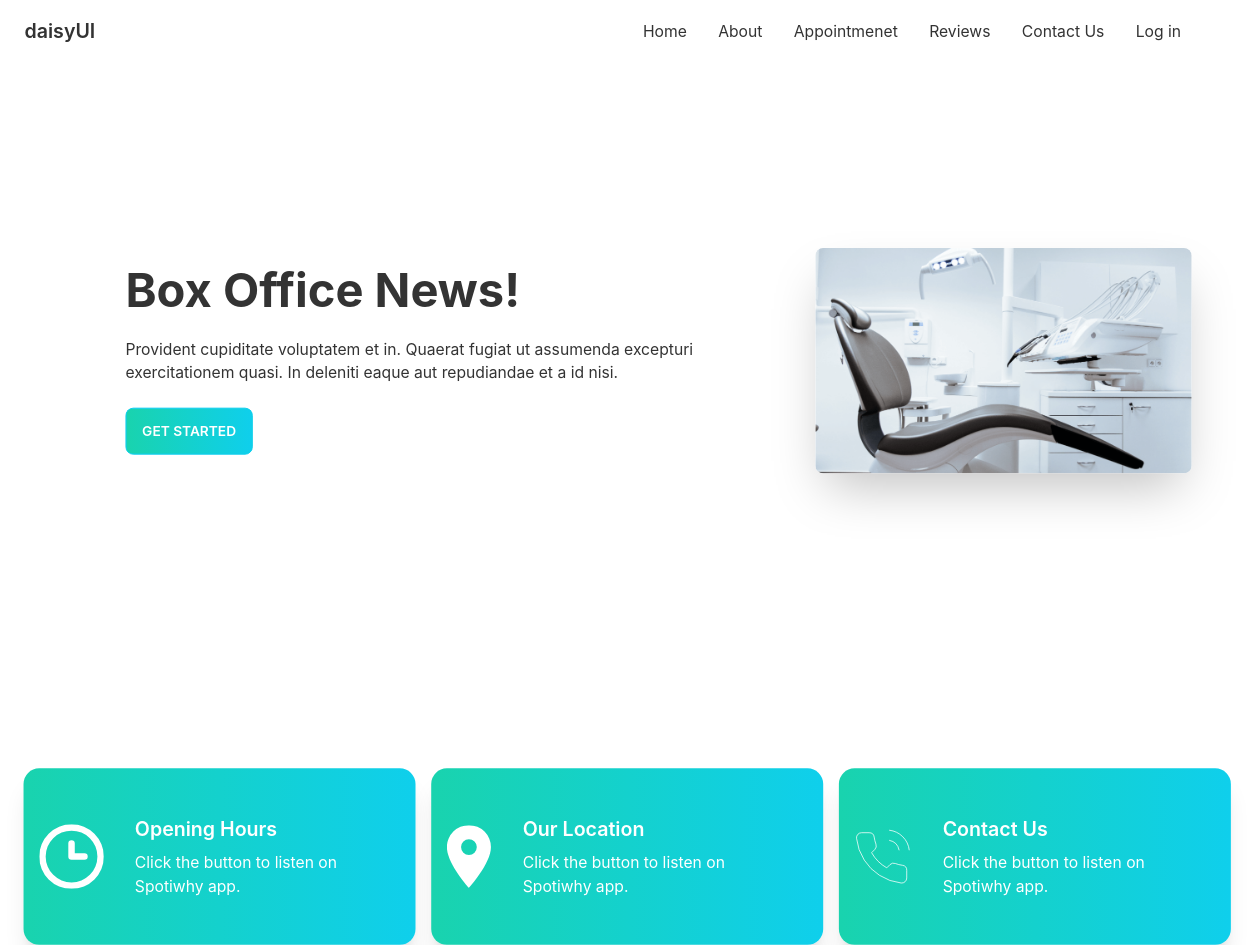
Repository: Tanvir3744/Doctors-client-website
Page: /
These files come from the project's save history. The page is drawn as it stood at one moment and after the next save; the edit follows.
The browser window is 1280 px wide. The pictures show the whole page, at 98% of full size.
The project was rebuilt for these pictures with package versions that can differ from the ones it lists, and the page was loaded fresh each time. Also part of the build but not shown: src/Pages/About/About.js, src/Pages/Login/Login.js, src/Pages/NotFound/NotFound.js.

Above is the page before, as saved 2022-05-25 17:43:32.

After the next save:
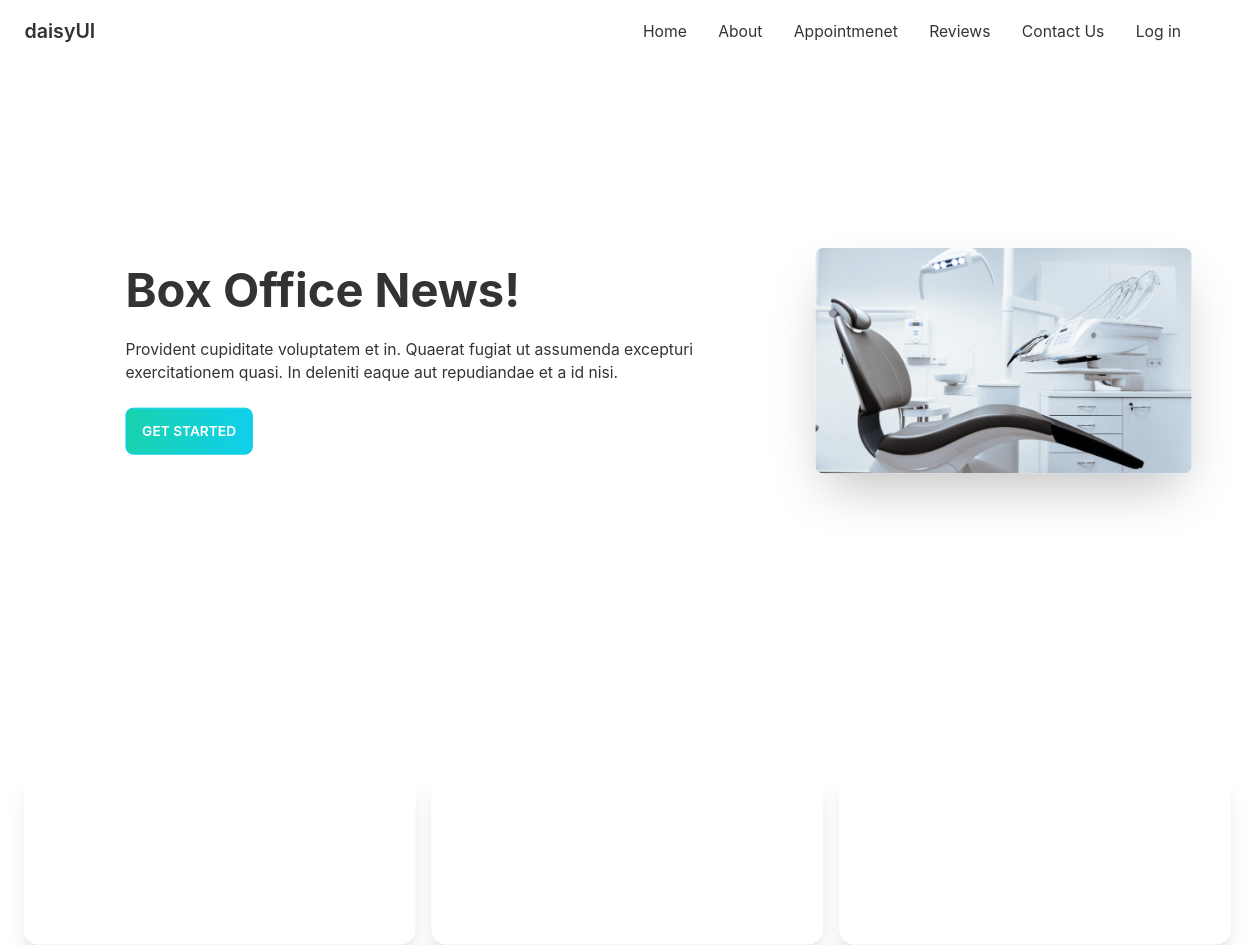
Saved 18 s later.
--- a/src/components/ChildInfoCards.js
+++ b/src/components/ChildInfoCards.js
@@ -4,7 +4,7 @@
     const {img, cardTitle, bgClass} = props;
     return (
         <div className='container'>
-            <div className={`card lg:card-side shadow-xl bg-gradient-to-r from-secondary to-primary p-4 pl-4 ${bgClass}`}>
+            <div className={`card lg:card-side shadow-xl  p-4 pl-4 ${bgClass}`}>
                 <figure><img src={img} alt="Info cards" /></figure>
                 <div class="card-body text-white">
                     <h2 class="card-title">{cardTitle}</h2>

After the 3 saves that followed:
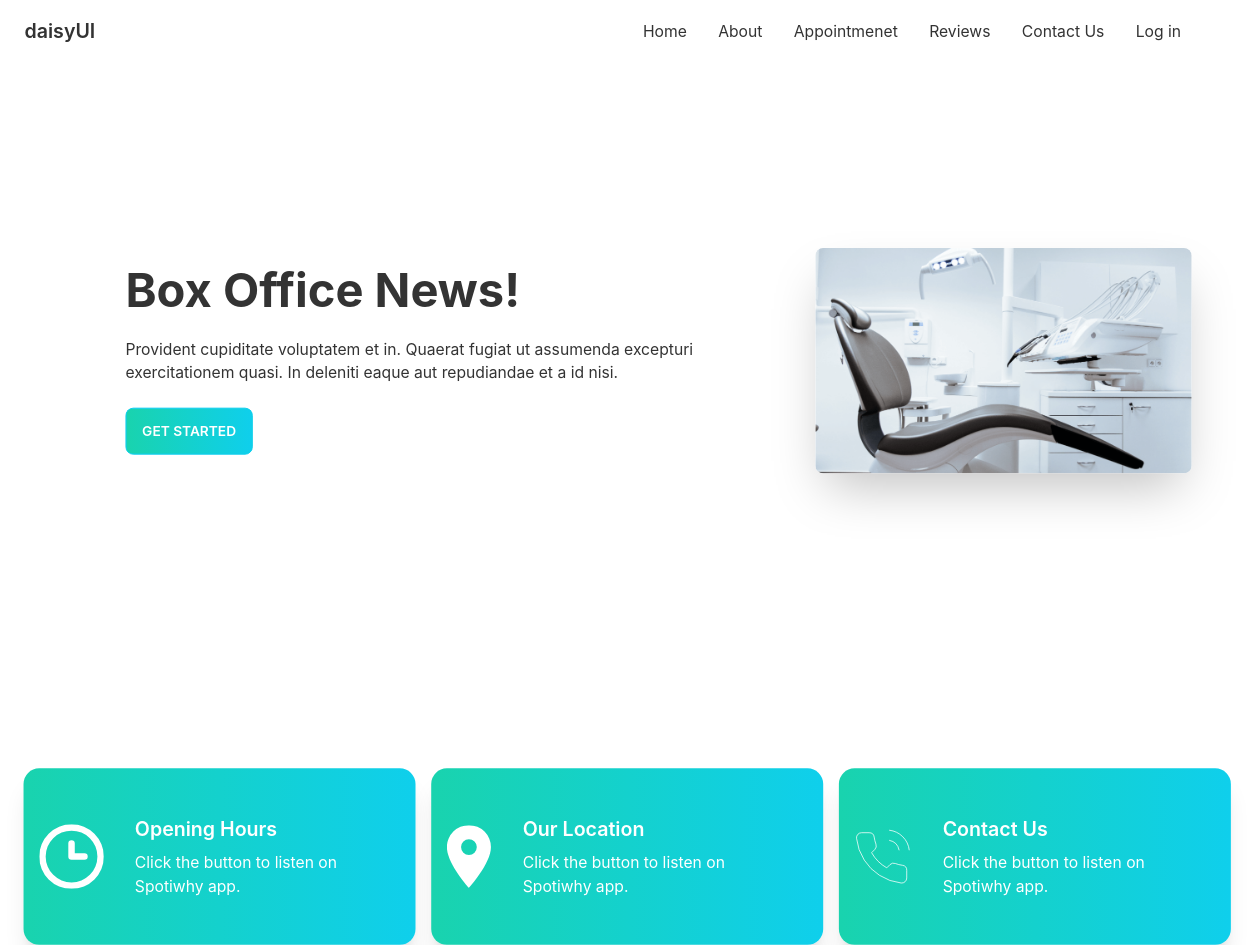
The 3 saves are shown as one change because 2 left the picture as it was.
The last was saved 70 s later.
--- a/src/components/InfoCards.js
+++ b/src/components/InfoCards.js
@@ -8,7 +8,7 @@ const InfoCards = () => {
     return (
         <div className='grid px-6 grid-cols-1 lg:grid-cols-3 gap-4'>
             <ChildInfoCards bgClass='' cardTitle='Opening Hours' img={Clock} />
-            <ChildInfoCards bgClass='dark' cardTitle='Our Location' img={Marker} />
+            <ChildInfoCards bgClass='bg-darkish' cardTitle='Our Location' img={Marker} />
             <ChildInfoCards bgClass='' cardTitle='Contact Us' img={Phone} />
         </div>
     );
--- a/src/components/ChildInfoCards.js
+++ b/src/components/ChildInfoCards.js
@@ -1,10 +1,10 @@
 import React from 'react';
 
 const ChildInfoCards = (props) => {
-    const {img, cardTitle, bgClass} = props;
+    const {img, cardTitle} = props;
     return (
         <div className='container'>
-            <div className={`card lg:card-side shadow-xl  p-4 pl-4 ${bgClass}`}>
+            <div className="card lg:card-side shadow-xl bg-gradient-to-r from-secondary to-primary p-4 pl-4">
                 <figure><img src={img} alt="Info cards" /></figure>
                 <div class="card-body text-white">
                     <h2 class="card-title">{cardTitle}</h2>
